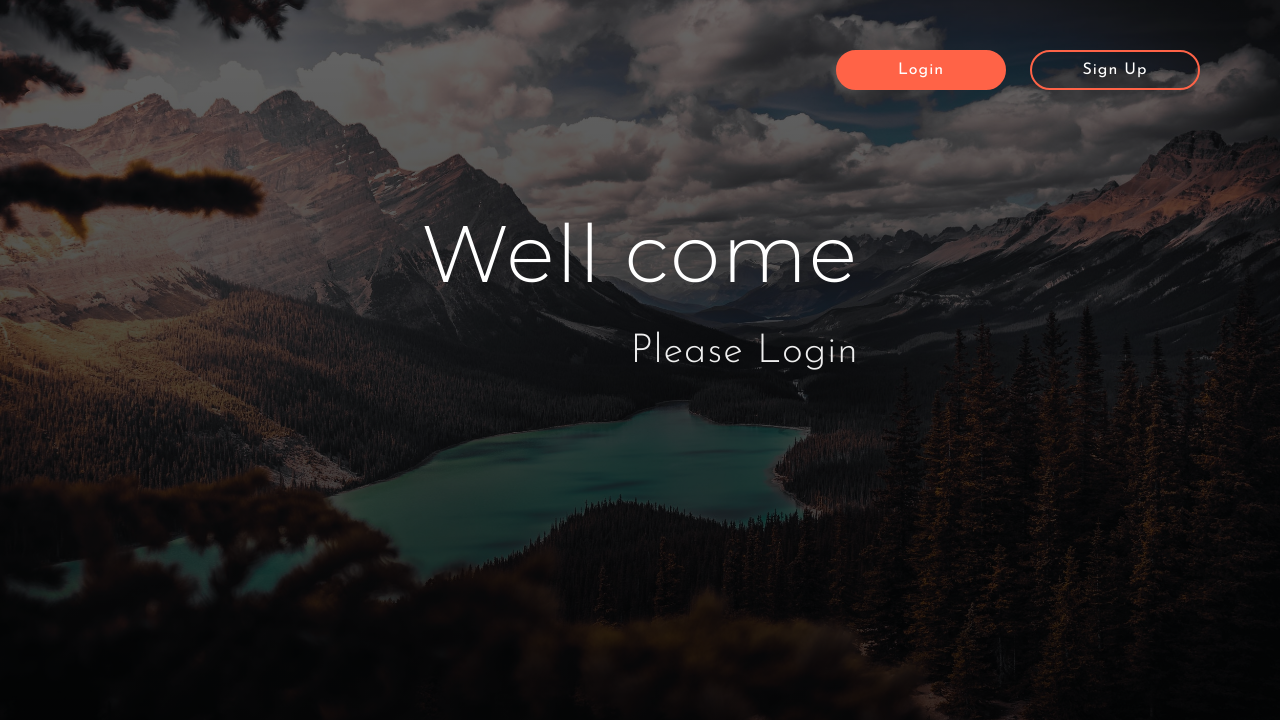
Repository: motamedipour2022/javascript_project
Page: model_form1/index.html
These files come from the project's save history. The page is drawn as it stood at one moment and after a run of saves; the edit follows.
The browser window is 1280 px wide. The pictures show the whole page.
Some web libraries are served in a nearby version.

Above is the page before, as saved 2022-12-20 12:14:12.

### model_form1/index.html
<!DOCTYPE html>
<html lang="en">
  <head>
    <meta charset="UTF-8" />
    <meta name="viewport" content="width=device-width, initial-scale=1.0" />
    <meta http-equiv="X-UA-Compatible" content="ie=edge" />
    <link
      rel="stylesheet"
      href="https://use.fontawesome.com/releases/v5.8.1/css/all.css"
      integrity="sha384-50oBUHEmvpQ+1lW4y57PTFmhCaXp0ML5d60M1M7uH2+nqUivzIebhndOJK28anvf"
      crossorigin="anonymous"
    />
    <link
      href="https://fonts.googleapis.com/css?family=Josefin+Sans:300,400,600|Montserrat:300,400,600"
      rel="stylesheet"
    />
    <link rel="stylesheet" href="style.css" />
    <title>Form</title>
  </head>
  <body>
    <div class="container">
      <div class="banner-text">
        <h1>Well come </h1>
        <p>Please Login </p>
      </div>
      <div class="btns">
        <button class="btn login-btn">Login</button>
        <button class="btn signup-btn">Sign Up</button>
      </div>
      <div class="form-container">
        <div class="signup-form-wrapper modal">
          <div class="x-btn signup-x">
            &times;
          </div>
          <div class="form-header">
            <h1>CodeAndCreate</h1>
            <h3>Join Us</h3>
          </div>
          <form class="form">
            <div class="input-group">
              <i class="fas fa-user"></i>
              <input type="text" placeholder="Username" />
            </div>
            <div class="input-group">
              <i class="far fa-envelope"></i>
              <input type="email" placeholder="Email" />
            </div>
            <div class="input-group">
              <i class="fas fa-key"></i>
              <input type="password" placeholder="Password" />
            </div>
            <button type="button">Sign Up</button>
          </form>
        </div>
        <div class="login-form-wrapper modal">
          <div class="x-btn login-x">
            &times;
          </div>
          <div class="form-header">
            <h1>CodeAndCreate</h1>
            <h3>Login</h3>
          </div>
          <form class="form">
            <div class="input-group">
              <i class="fas fa-user"></i>
              <input type="text" placeholder="Username" />
            </div>
            <div class="input-group">
              <i class="fas fa-key"></i>
              <input type="password" placeholder="Password" />
            </div>
            <button type="button">Login</button>
          </form>
        </div>
      </div>
    </div>
    <script src="script.js"></script>
  </body>
</html>

### model_form1/style.css
* {
  margin: 0;
  padding: 0;
}

.container {
  width: 100%;
  height: 100vh;
  background: linear-gradient(rgba(0, 0, 0, 0.6), rgba(0, 0, 0, 0.8)),
    url(images/bg.jpg) center no-repeat;
  background-size: cover;
}

.banner-text {
  position: absolute;
  top: 40%;
  left: 50%;
  transform: translate(-50%, -50%);
}

.banner-text h1 {
  color: #fff;
  font-family: "Montserrat", sans-serif;
  font-size: 80px;
  font-weight: 300;
  letter-spacing: 2px;
  margin-bottom: 30px;
}

.banner-text p {
  color: #eee;
  font-family: "Josefin sans", sans-serif;
  font-size: 40px;
  font-weight: 300;
  letter-spacing: 1px;
  text-align: right;
}

.btns {
  position: absolute;
  top: 50px;
  right: 60px;
}

.btn {
  width: 170px;
  padding: 10px 15px;
  margin-right: 20px;
  border-radius: 50px;
  font-family: "Josefin Sans", sans-serif;
  font-size: 16px;
  letter-spacing: 1px;
  outline: none;
  cursor: pointer;
  color: #fff;
  border: 2px solid tomato;
  transition: transform 0.3s;
}

.login-btn {
  background-color: tomato;
}

.signup-btn {
  background-color: transparent;
}

.btn:hover {
  transform: translateY(-2px);
}

.btn:active {
  transform: translateY(0);
}

.form-container {
  position: fixed;
  background-color: rgba(0, 0, 0, 0.7);
  top: 0;
  right: 0;
  bottom: 0;
  left: 0;
  opacity: 0;
  visibility: hidden;
  transition: all 0.5s;
}

.disable {
  opacity: 1;
  visibility: visible;
}

.modal {
  width: 400px;
  background: linear-gradient(rgba(148, 42, 42, 0.8), rgba(185, 129, 129, 0.6)),
    url(images/bg.jpg) center no-repeat;
  background-size: cover;
  position: absolute;
  top: 50%;
  left: 50%;
  transform: translate(-50%, -50%);
  border-radius: 20px;
  opacity: 0;
  visibility: hidden;
  transition: all 0.5s;
}

.display {
  opacity: 1;
  visibility: visible;
}

.x-btn {
  position: absolute;
  right: 20px;
  font-size: 50px;
  color: #222;
  cursor: pointer;
}

.form-header {
  text-align: center;
  margin: 80px 0 150px 0;
  color: #fff;
}

.form-header h1 {
  font-family: "Josefin Sans", sans-serif;
  font-size: 40px;
  font-weight: 300;
  margin-bottom: 30px;
}

.form-header h3 {
  font-family: "Montserrat", sans-serif;
  font-size: 25px;
  font-weight: 300;
  text-transform: uppercase;
}

.form {
  display: flex;
  flex-direction: column;
  align-items: center;
}

.input-group {
  margin-bottom: 10px;
  position: relative;
}

.input-group input {
  width: 250px;
  padding: 15px 15px 15px 50px;
  border: none;
  outline: none;
  border-radius: 30px;
  background: rgba(0, 0, 0, 0.6);
  font-family: "Josefin Sans", sans-serif;
  font-size: 16px;
  color: #ddd;
}

.input-group i {
  position: absolute;
  top: 13px;
  left: 17px;
  font-size: 18px;
  color: #aaa;
}

.form button {
  width: 310px;
  padding: 12px;
  border: none;
  outline: none;
  border-radius: 30px;
  background-color: #d867d8;
  color: #fff;
  font-family: "Josefin Sans", sans-serif;
  font-size: 16px;
  text-transform: uppercase;
  margin: 10px 0 50px 0;
  box-shadow: 0 5px 20px rgba(0, 0, 0, 0.4);
  cursor: pointer;
  transition: all 0.3s;
}

.form button:hover {
  transform: translateY(-2px);
  box-shadow: 0 8px 25px rgba(0, 0, 0, 0.3);
}
.form button:active {
  transform: translateY(0);
}

### model_form1/script.js
const signupModal = document.querySelector(".signup-form-wrapper");
const loginModal = document.querySelector(".login-form-wrapper");
const signupBtn = document.querySelector(".signup-btn");
const loginBtn = document.querySelector(".login-btn");
const signupX = document.querySelector(".signup-x");
const loginX = document.querySelector(".login-x");
const formContainer = document.querySelector(".form-container");

signupBtn.addEventListener("click", () => {
  signupModal.classList.add("display");
  formContainer.classList.add("disable");
});

loginBtn.addEventListener("click", () => {
  loginModal.classList.add("display");
  formContainer.classList.add("disable");
});

signupX.addEventListener("click", () => {
  signupModal.classList.remove("display");
  formContainer.classList.remove("disable");
});

loginX.addEventListener("click", () => {
  loginModal.classList.remove("display");
  formContainer.classList.remove("disable");
});

After the next 6 saves:
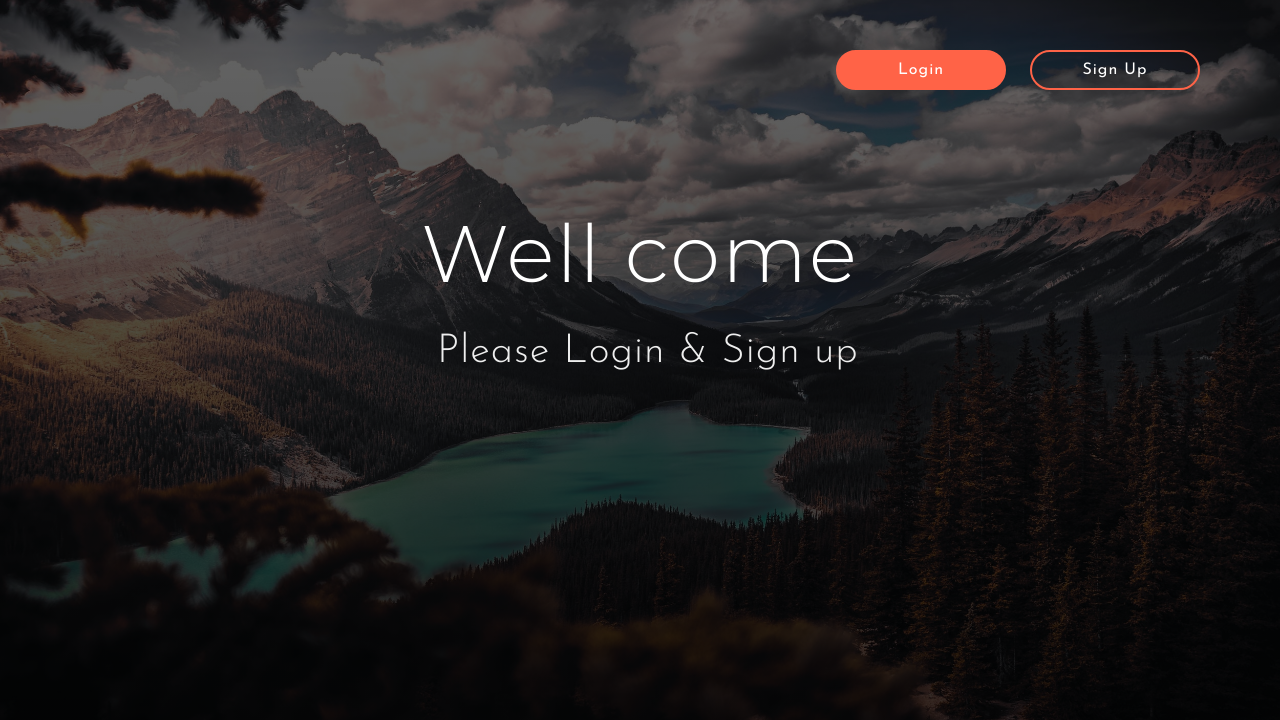
The 6 saves are shown as one change because they came seconds apart.
The last was saved 13 s later.
--- a/model_form1/index.html
+++ b/model_form1/index.html
@@ -21,7 +21,7 @@
     <div class="container">
       <div class="banner-text">
         <h1>Well come </h1>
-        <p>Please Login </p>
+        <p>Please Login & Sign up</p>
       </div>
       <div class="btns">
         <button class="btn login-btn">Login</button>
